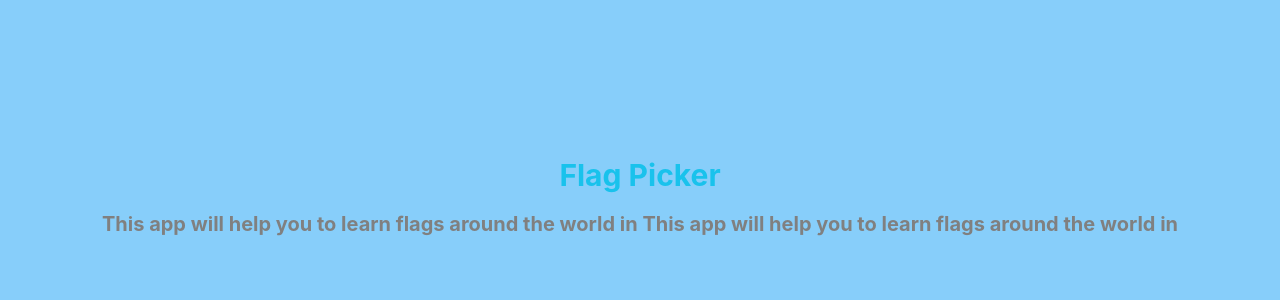
Repository: paras-shah/flag-app
Page: /
The author's editor kept a copy of each file at every save. The page is drawn from the files as they stood at one save, then again after the next save.
The browser window is 1280 px wide. The pictures show the whole page.
The project was rebuilt for these pictures with package versions that can differ from the ones it lists, and the page was loaded fresh each time.

Above is the page before, as saved 2020-02-11 21:33:15.

After the next save:
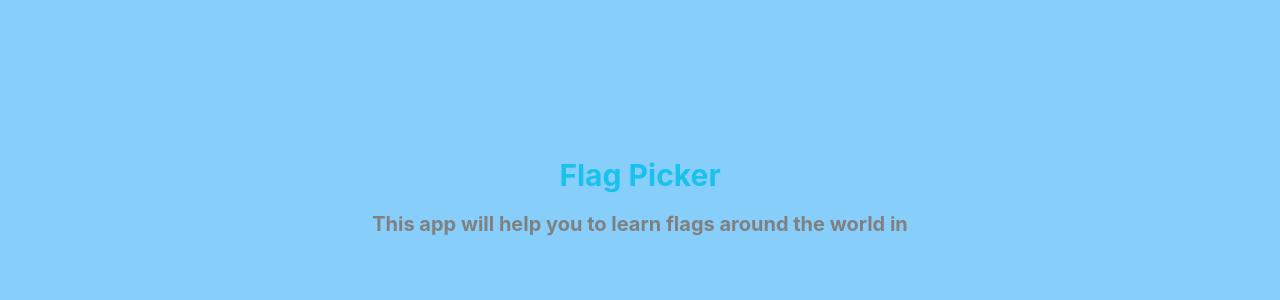
Saved 41 s later.
--- a/src/App.js
+++ b/src/App.js
@@ -28,7 +28,7 @@ class App extends React.Component {
       <main className="app-main">
         <header className="app-header">
           <h1>{COPY.HEADER_TEXT}</h1>
-          <h2>{COPY.HEADER_SUBTEXT} <span> {COPY.HEADER_SUBTEXT} </span></h2>
+          <h2>{COPY.HEADER_SUBTEXT} <span> {COPY.HEADER_SUBTEXTTWO} </span></h2>
         </header>
 
         <div className="app-content">
